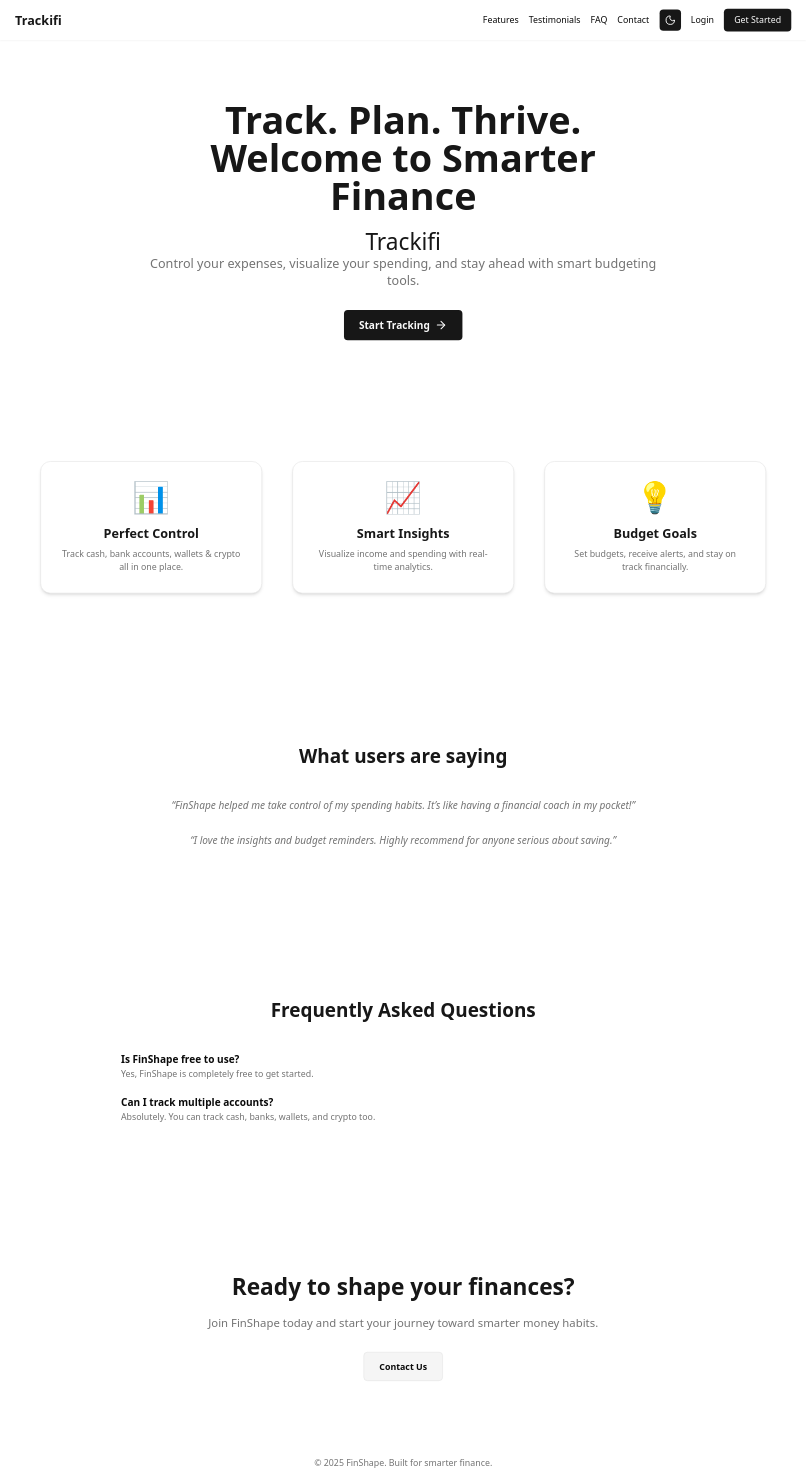
Repository: ruthvik-mt/Trackifi
Page: / (app in frontend/)
An editor plug-in stored every save of this project. The page is shown before and after the next save, followed by the edit.
The browser window is 1280 px wide. The pictures show the whole page, at 63% of full size.
The project was rebuilt for these pictures with package versions that can differ from the ones it lists, and the page was loaded fresh each time. Also part of the build but not shown: frontend/vite.config.ts, frontend/src/hooks/useAuth.ts, frontend/src/components/FormInput.tsx, frontend/src/pages/Auth/Login.tsx, frontend/src/pages/Auth/Register.tsx, frontend/src/components/Sidebar.tsx, frontend/src/components/ThemeToggleButton.tsx, frontend/src/components/Navbar.tsx and 22 more.

Above is the page before, as saved 2025-07-15 23:08:46.

### frontend/index.html
<!-- index.html -->
<!DOCTYPE html>
<html lang="en">
  <head>
    <meta charset="UTF-8" />
    <link rel="icon" href="/favicon.svg" />
    <meta name="viewport" content="width=device-width, initial-scale=1.0" />

    <!-- Critical script: apply theme before paint -->
    <script>
      const theme = localStorage.getItem("theme");
      if (
        theme === "dark" ||
        (!theme && window.matchMedia("(prefers-color-scheme: dark)").matches)
      ) {
        document.documentElement.classList.add("dark");
      } else {
        document.documentElement.classList.remove("dark");
      }
    </script>

    <title>FinShape</title>
  </head>
  <body>
    <div id="root"></div>
    <script type="module" src="/src/main.tsx"></script>
  </body>
</html>

### frontend/src/main.tsx
import React from "react";
import ReactDOM from "react-dom/client";
import App from "./App";
import "./tailwind.css";
import { AuthProvider } from "./context/AuthProvider";
import { ThemeProvider } from "./context/ThemeProvider"; // ✅ Add ThemeProvider
import { BrowserRouter as Router } from "react-router-dom";

ReactDOM.createRoot(document.getElementById("root")!).render(
  <React.StrictMode>
    <Router>
      {/* ✅ Wrap app with theme context */}
      <ThemeProvider>
        <AuthProvider>
          <App />
        </AuthProvider>
      </ThemeProvider>
    </Router>
  </React.StrictMode>
);

### frontend/src/App.tsx
import { Routes, Route, Navigate } from "react-router-dom";
import Login from "./pages/Auth/Login";
import Register from "./pages/Auth/Register";
import Dashboard from "./pages/Dashboard/Dashboard";
import CategoryList from "./pages/Categories/CategoryList";
import TransactionList from "./pages/Transactions/TransactionList";
import BudgetList from "./pages/Budgets/BudgetList";
import MonthlyTotal from "./pages/Insights/MonthlyTotal";
import CategoryBreakdown from "./pages/Insights/CategoryBreakdown";
import BudgetComparison from "./pages/Insights/BudgetComparison";
import ProtectedRoute from "./components/ProtectedRoute";
import LandingPage from "./pages/LandingPage"; // ✅ Add this import

export default function App() {
  return (
    <Routes>
      {/* Landing Page */}
      <Route path="/" element={<LandingPage />} /> {/* ✅ New route */}

      {/* Auth Routes */}
      <Route path="/login" element={<Login />} />
      <Route path="/register" element={<Register />} />

      {/* Protected Routes */}
      <Route
        path="/dashboard"
        element={
          <ProtectedRoute>
            <Dashboard />
          </ProtectedRoute>
        }
      />
      <Route
        path="/categories"
        element={
          <ProtectedRoute>
            <CategoryList />
          </ProtectedRoute>
        }
      />
      <Route
        path="/transactions"
        element={
          <ProtectedRoute>
            <TransactionList />
          </ProtectedRoute>
        }
      />
      <Route
        path="/budgets"
        element={
          <ProtectedRoute>
            <BudgetList />
          </ProtectedRoute>
        }
      />
      <Route
        path="/insights/monthly-total"
        element={
          <ProtectedRoute>
            <MonthlyTotal />
          </ProtectedRoute>
        }
      />
      <Route
        path="/insights/category-breakdown"
        element={
          <ProtectedRoute>
            <CategoryBreakdown />
          </ProtectedRoute>
        }
      />
      <Route
        path="/insights/budget-comparison"
        element={
          <ProtectedRoute>
            <BudgetComparison />
          </ProtectedRoute>
        }
      />

      {/* Fallback Route */}
      <Route path="*" element={<Navigate to="/" />} /> {/* ✅ Updated from "/login" to "/" */}
    </Routes>
  );
}

### frontend/src/tailwind.css
@tailwind base;
@tailwind components;
@tailwind utilities;

/* =========================
   Base Theme Variables
   ========================= */

@layer base {
  :root {
    --background: 0 0% 100%;
    --foreground: 0 0% 3.9%;

    --card: 0 0% 100%;
    --card-foreground: 0 0% 3.9%;

    --popover: 0 0% 100%;
    --popover-foreground: 0 0% 3.9%;

    --primary: 0 0% 9%;
    --primary-foreground: 0 0% 98%;

    --secondary: 0 0% 96.1%;
    --secondary-foreground: 0 0% 9%;

    --muted: 0 0% 96.1%;
    --muted-foreground: 0 0% 45.1%;

    --accent: 0 0% 96.1%;
    --accent-foreground: 0 0% 9%;

    --destructive: 0 84.2% 60.2%;
    --destructive-foreground: 0 0% 98%;

    --border: 0 0% 89.8%;
    --input: 0 0% 89.8%;
    --ring: 0 0% 3.9%;

    --chart-1: 12 76% 61%;
    --chart-2: 173 58% 39%;
    --chart-3: 197 37% 24%;
    --chart-4: 43 74% 66%;
    --chart-5: 27 87% 67%;

    --radius: 0.5rem;

    --tooltip-bg: #ffffff;
    --tooltip-color: #000000;
  }

  .dark {
    --background: 0 0% 3.9%;
    --foreground: 0 0% 98%;

    --card: 0 0% 3.9%;
    --card-foreground: 0 0% 98%;

    --popover: 0 0% 3.9%;
    --popover-foreground: 0 0% 98%;

    --primary: 0 0% 98%;
    --primary-foreground: 0 0% 9%;

    --secondary: 0 0% 14.9%;
    --secondary-foreground: 0 0% 98%;

    --muted: 0 0% 14.9%;
    --muted-foreground: 0 0% 63.9%;

    --accent: 0 0% 14.9%;
    --accent-foreground: 0 0% 98%;

    --destructive: 0 62.8% 30.6%;
    --destructive-foreground: 0 0% 98%;

    --border: 0 0% 14.9%;
    --input: 0 0% 14.9%;
    --ring: 0 0% 83.1%;

    --chart-1: 220 70% 50%;
    --chart-2: 160 60% 45%;
    --chart-3: 30 80% 55%;
    --chart-4: 280 65% 60%;
    --chart-5: 340 75% 55%;

    --tooltip-bg: #d9dde2; /* dark gray or slate */
    --tooltip-color: #0d0f11;
  }
}

/* =========================
   Global Element Styles
   ========================= */
@layer base {
  * {
    @apply border-border;
  }

  html,
  body {
    @apply bg-background text-foreground antialiased;
    min-height: 100%;
    scroll-behavior: smooth;
  }

  input,
  select,
  textarea {
    @apply bg-input text-foreground placeholder-muted-foreground
           border border-border rounded px-3 py-2
           focus:outline-none focus:ring-2 focus:ring-ring;
  }

  button {
    @apply transition-colors bg-primary text-primary-foreground px-4 py-2 rounded
           hover:bg-primary/90 focus:outline-none focus:ring-2 focus:ring-ring;
  }
}

### frontend/src/context/AuthProvider.tsx
// import { ReactNode, useCallback, useEffect, useState } from "react";
// import { AuthContext } from "./AuthContext";
// import { User } from "@/types/Auth";
// import { getCurrentUser } from "@/api/user";
// import { useNavigate } from "react-router-dom";

// interface Props {
//   children: ReactNode;
// }

// export const AuthProvider = ({ children }: Props) => {
//   const [token, setToken] = useState<string | null>(() =>
//     localStorage.getItem("token")
//   );
//   const [user, setUser] = useState<User | null>(null);
//   const navigate = useNavigate();

//   const logout = useCallback(() => {
//     localStorage.removeItem("token");
//     setToken(null);
//     setUser(null);
//     navigate("/login");
//   }, [navigate]);

//   const fetchUser = useCallback(async () => {
//     try {
//       const userData = await getCurrentUser();
//       setUser(userData);
//     } catch (err) {
//       console.error("Failed to fetch user:", err);
//       logout();
//     }
//   }, [logout]);

//   const login = useCallback(
//     (newToken: string) => {
//       localStorage.setItem("token", newToken);
//       setToken(newToken);
//       fetchUser();
//     },
//     [fetchUser]
//   );

//   useEffect(() => {
//     if (token) {
//       fetchUser();
//     }
//   }, [token, fetchUser]);

//   return (
//     <AuthContext.Provider value={{ token, user, login, logout }}>
//       {children}
//     </AuthContext.Provider>
//   );
// };

import { useState, useEffect } from "react";
import { AuthContext } from "./AuthContext";
import axios from "../axios";

export const AuthProvider = ({ children }: { children: React.ReactNode }) => {
  const [token, setToken] = useState<string | null>(() => localStorage.getItem("token"));

  // Set Authorization header on load (if token exists)
  useEffect(() => {
    if (token) {
      axios.defaults.headers.common["Authorization"] = `Bearer ${token}`;
    }
  }, [token]);

  const login = async (email: string, password: string) => {
    const res = await axios.post("/api/auth/login", { email, password });
    const jwt = res.data.token;

    setToken(jwt);
    localStorage.setItem("token", jwt);
    axios.defaults.headers.common["Authorization"] = `Bearer ${jwt}`; // ✅ set globally
  };

  const logout = () => {
    setToken(null);
    localStorage.removeItem("token");
    delete axios.defaults.headers.common["Authorization"]; // ✅ remove on logout
  };

  return (
    <AuthContext.Provider value={{ token, login, logout }}>
      {children}
    </AuthContext.Provider>
  );
};

### frontend/src/context/ThemeProvider.tsx
import { useEffect, useState, ReactNode } from "react";
import { ThemeContext, Theme } from "./ThemeContext";

export const ThemeProvider = ({ children }: { children: ReactNode }) => {
  const getInitialTheme = (): Theme => {
    if (typeof window === "undefined") return "light";
    const stored = localStorage.getItem("theme");
    if (stored === "light" || stored === "dark") return stored;
    return window.matchMedia("(prefers-color-scheme: dark)").matches ? "dark" : "light";
  };

  const [theme, setTheme] = useState<Theme>(getInitialTheme);

  useEffect(() => {
    const root = document.documentElement;
    if (theme === "dark") {
      root.classList.add("dark");
    } else {
      root.classList.remove("dark");
    }
    localStorage.setItem("theme", theme);
  }, [theme]);

  const toggleTheme = () => setTheme(prev => (prev === "dark" ? "light" : "dark"));

  return (
    <ThemeContext.Provider value={{ theme, toggleTheme }}>
      {children}
    </ThemeContext.Provider>
  );
};

### frontend/src/pages/LandingPage.tsx
import { Link } from "react-router-dom";
import { motion } from "framer-motion";
import { ArrowRight, Moon, Sun } from "lucide-react";
import { useTheme } from "../hooks/useTheme";
import { useState, useEffect } from "react";
import { Spinner } from "@/components/Spinner";

export default function LandingPage() {
  const { theme, toggleTheme } = useTheme();
  const [buttonLoading, setButtonLoading] = useState(true);

  useEffect(() => {
    const timer = setTimeout(() => setButtonLoading(false), 1000);
    return () => clearTimeout(timer);
  }, []);

  return (
    <div className="min-h-screen bg-background text-foreground">
      {/* ────────────── Header ────────────── */}
      <header className="sticky top-0 z-10 h-16 bg-card text-card-foreground shadow-sm flex items-center justify-between px-6">
        <a href="#hero" className="text-xl font-bold text-primary">Trackifi</a>

        <nav className="flex items-center gap-4">
          <a href="#features" className="text-sm font-medium hover:text-primary transition-colors">Features</a>
          <a href="#testimonials" className="text-sm font-medium hover:text-primary transition-colors">Testimonials</a>
          <a href="#faq" className="text-sm font-medium hover:text-primary transition-colors">FAQ</a>
          <a href="#cta" className="text-sm font-medium over:text-primary transition-colors">Contact</a>

          <button
            onClick={toggleTheme}
            className="px-2 py-2 rounded-md text-sm font-medium bg-primary text-primary-foreground hover:bg-primary/90 transition-colors flex items-center justify-center"
            aria-label={`Switch to ${theme === "dark" ? "light" : "dark"} mode`}
          >
            {theme === "dark" ? <Sun size={18} /> : <Moon size={18} />}
          </button>

          <Link
            to="/login"
            className="text-sm font-medium hover:text-primary transition-colors"
          >
            Login
          </Link>

          {buttonLoading ? (
            <Spinner size="default" />
          ) : (
            <Link to="/register">
              <button className="px-4 py-2 rounded-md text-sm font-medium bg-primary text-primary-foreground hover:bg-primary/90 transition-colors">
                Get Started
              </button>
            </Link>
          )}
        </nav>
      </header>

      {/* ────────────── Hero Section ────────────── */}
      <motion.section
        id="hero"
        className="text-center px-6 py-24 max-w-4xl mx-auto"
        initial={{ opacity: 0, y: 30 }}
        animate={{ opacity: 1, y: 0 }}
        transition={{ duration: 0.6 }}
      >
        <h1 className="text-5xl md:text-6xl font-extrabold leading-tight mb-6 text-primary">
  Track. Plan. Thrive. Welcome to Smarter Finance
</h1>

<h2 className="text-5xl md:text-4xl font-extraibold text-center text-primary">
  Trackifi
</h2>

        <p className="text-lg md:text-xl text-muted-foreground mb-8">
          Control your expenses, visualize your spending, and stay ahead with smart budgeting tools.
        </p>

        {buttonLoading ? (
          <div className="flex justify-center">
            <Spinner size="lg" />
          </div>
        ) : (
          <Link to="/register">
            <button
              aria-label="Start tracking your expenses"
              className="px-6 py-3 rounded-md font-semibold bg-primary text-primary-foreground hover:bg-primary/90 inline-flex items-center gap-2 transition-colors"
            >
              Start Tracking <ArrowRight size={20} />
            </button>
          </Link>
        )}
      </motion.section>

      {/* ────────────── Features Section ────────────── */}
      <motion.section
        id="features"
        className="py-24 px-6 bg-background"
        initial={{ opacity: 0 }}
        whileInView={{ opacity: 1 }}
        viewport={{ once: true, amount: 0.2 }}
        transition={{ duration: 0.8 }}
      >
        <div className="max-w-6xl mx-auto grid gap-12 md:grid-cols-3 text-center">
          {[
            {
              icon: "📊",
              title: "Perfect Control",
              desc: "Track cash, bank accounts, wallets & crypto all in one place.",
            },
            {
              icon: "📈",
              title: "Smart Insights",
              desc: "Visualize income and spending with real-time analytics.",
            },
            {
              icon: "💡",
              title: "Budget Goals",
              desc: "Set budgets, receive alerts, and stay on track financially.",
            },
          ].map(({ icon, title, desc }, index) => (
            <motion.div
              key={title}
              className="bg-white dark:bg-zinc-900 text-zinc-800 dark:text-white border border-border p-8 rounded-2xl shadow-md hover:shadow-xl transition-transform"
              initial={{ opacity: 0, y: 40, scale: 0.95 }}
              whileInView={{ opacity: 1, y: 0, scale: 1 }}
              viewport={{ once: true, amount: 0.3 }}
              whileHover={{ scale: 1.06 }}
              transition={{
                duration: 0.6,
                delay: index * 0.2,
                type: "spring",
                stiffness: 120,
              }}
            >
              <div className="text-5xl mb-5">{icon}</div>
              <h3 className="text-xl font-bold mb-2 text-primary">{title}</h3>
              <p className="text-sm text-muted-foreground">{desc}</p>
            </motion.div>
          ))}
        </div>
      </motion.section>

      {/* ────────────── Testimonials Section ────────────── */}
    <motion.section
  id="testimonials"
  className="py-24 px-6 bg-background text-center"
  initial={{ opacity: 0 }}
  whileInView={{ opacity: 1 }}
  viewport={{ once: true, amount: 0.2 }}
  transition={{ duration: 0.8 }}
>
  <div className="h-12 bg-gradient-to-b from-transparent to-background" />
  <h2 className="text-3xl font-bold mb-12 text-primary">What users are saying</h2>
  <div className="max-w-4xl mx-auto space-y-8">
    {[
      "FinShape helped me take control of my spending habits. It’s like having a financial coach in my pocket!",
      "I love the insights and budget reminders. Highly recommend for anyone serious about saving.",
    ].map((text, index) => (
      <motion.blockquote
        key={index}
        className="italic text-muted-foreground"
        initial={{ opacity: 0, y: 20 }}
        whileInView={{ opacity: 1, y: 0 }}
        transition={{ duration: 0.5, delay: index * 0.2 }}
        viewport={{ once: true, amount: 0.5 }}
      >
        {`“${text}”`}
      </motion.blockquote>
    ))}
  </div>
</motion.section>



      {/* ────────────── FAQ Section ────────────── */}
     <motion.section
  id="faq"
  className="py-24 px-6 bg-background"
  initial={{ opacity: 0 }}
  whileInView={{ opacity: 1 }}
  viewport={{ once: true, amount: 0.2 }}
  transition={{ duration: 0.8 }}
>
  <div className="h-12 bg-gradient-to-b from-transparent to-background" />
  <h2 className="text-3xl font-bold mb-12 text-center text-primary">Frequently Asked Questions</h2>
  <div className="max-w-4xl mx-auto space-y-6">
    {[
      {
        question: "Is FinShape free to use?",
        answer: "Yes, FinShape is completely free to get started.",
      },
      {
        question: "Can I track multiple accounts?",
        answer: "Absolutely. You can track cash, banks, wallets, and crypto too.",
      },
    ].map(({ question, answer }, index) => (
      <motion.div
        key={index}
        initial={{ opacity: 0, y: 20 }}
        whileInView={{ opacity: 1, y: 0 }}
        transition={{ duration: 0.5, delay: index * 0.2 }}
        viewport={{ once: true, amount: 0.5 }}
      >
        <h4 className="font-semibold">{question}</h4>
        <p className="text-sm text-muted-foreground">{answer}</p>
      </motion.div>
    ))}
  </div>
</motion.section>



      {/* ────────────── Call to Action ────────────── */}
      <motion.section
  id="cta"
  className="py-24 px-6 bg-background text-center"
  initial={{ opacity: 0 }}
  whileInView={{ opacity: 1 }}
  viewport={{ once: true, amount: 0.2 }}
  transition={{ duration: 0.8 }}
>
  <div className="h-12 bg-gradient-to-b from-transparent to-background" />
  <motion.div
    className="max-w-2xl mx-auto"
    initial={{ opacity: 0, y: 30 }}
    whileInView={{ opacity: 1, y: 0 }}
    transition={{ duration: 0.6 }}
    viewport={{ once: true }}
  >
    <h2 className="text-4xl font-bold mb-6 text-primary">Ready to shape your finances?</h2>
    <p className="mb-8 text-lg text-muted-foreground">
      Join FinShape today and start your journey toward smarter money habits.
    </p>
    <div className="flex flex-col sm:flex-row gap-4 justify-center">
      <Link to="/contact">
        <button className="px-6 py-3 text-sm font-semibold bg-muted text-foreground border border-border rounded-md hover:bg-muted/80 transition-colors">
          Contact Us
        </button>
      </Link>
    </div>
  </motion.div>
</motion.section>



      {/* ────────────── Footer ────────────── */}
      <footer className="text-center py-6 text-sm text-muted-foreground bg-background">
        © {new Date().getFullYear()} FinShape. Built for smarter finance.
      </footer>
    </div>
  );
}

### frontend/src/context/AuthContext.tsx
// import { createContext } from "react";
// import { User } from "@/types/Auth";

// export interface AuthContextType {
//   token: string | null;
//   user: User | null;
//   login: (token: string) => void;
//   logout: () => void;
// }

// export const AuthContext = createContext<AuthContextType>({
//   token: null,
//   user: null,
//   login: () => {},
//   logout: () => {},
// });

// src/context/AuthContext.ts
import { createContext } from "react";

export interface AuthContextType {
  token: string | null;
  login: (email: string, password: string) => Promise<void>;
  logout: () => void;
}

export const AuthContext = createContext<AuthContextType>(
  {} as AuthContextType // ✅ Safe for use without null-checks
);

### frontend/src/axios.ts
// // src/axios.ts
// import axios from "axios";

// const axiosInstance = axios.create({
//   baseURL: "http://localhost:8080/api",
// });

// axiosInstance.interceptors.request.use((config) => {
//   const token = localStorage.getItem("token");
//   if (token && config.headers) {
//     config.headers.Authorization = `Bearer ${token}`;
//   }
//   return config;
// });

// export default axiosInstance;

// src/axios.ts
// src/axios.ts
import axios from "axios";

const instance = axios.create({
  baseURL: "", // <-- frontend sends /api/... and Vite handles the proxy
  headers: {
    "Content-Type": "application/json",
  },
});

instance.interceptors.request.use((config) => {
  const token = localStorage.getItem("token");
  if (token) {
    config.headers = config.headers || {};
    config.headers["Authorization"] = `Bearer ${token}`;
  }
  return config;
});

export default instance;

### frontend/src/context/ThemeContext.tsx
import { createContext } from "react";

export type Theme = "light" | "dark";

export interface ThemeContextType {
  theme: Theme;
  toggleTheme: () => void;
}

export const ThemeContext = createContext<ThemeContextType | undefined>(undefined);

### frontend/src/hooks/useTheme.ts
// src/hooks/useTheme.ts
import { useContext } from "react";
import { ThemeContext } from "../context/ThemeContext";

export function useTheme() {
  const context = useContext(ThemeContext);
  if (!context) {
    throw new Error("useTheme must be used within a ThemeProvider");
  }
  return context;
}

### frontend/src/components/Spinner.tsx
// src/components/Spinner.tsx
import { cn } from "@/lib/utils";
import { cva, VariantProps } from "class-variance-authority";
import { Loader } from "lucide-react";

const spinnerVariants = cva("text-muted-foreground animate-spin", {
  variants: {
    size: {
      default: "h-4 w-4",
      sm: "h-2 w-2",
      lg: "h-6 w-6",
      icon: "h-10 w-10",
    },
  },
  defaultVariants: {
    size: "default",
  },
});

interface SpinnerProps extends VariantProps<typeof spinnerVariants> {
  className?: string;
}

export const Spinner = ({ size }: SpinnerProps) => {
  return <Loader className={cn(spinnerVariants({ size }))} />;
};

Loaded but not shown: frontend/src/lib/utils.ts (common file); frontend/tailwind.config.js (86 lines, source omitted)

After the next save:
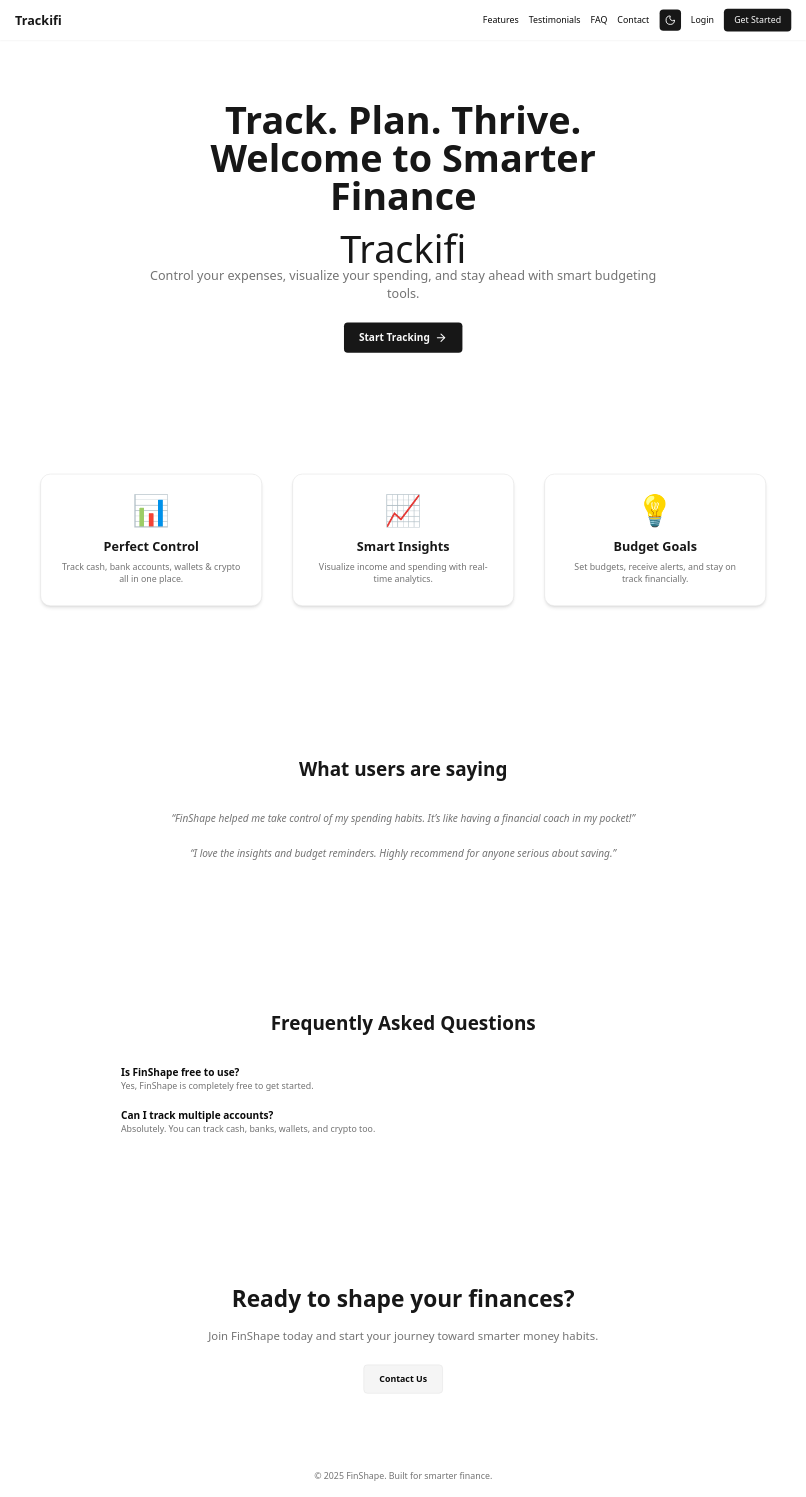
Saved 15 s later.
--- a/frontend/src/pages/LandingPage.tsx
+++ b/frontend/src/pages/LandingPage.tsx
@@ -65,7 +65,7 @@ export default function LandingPage() {
   Track. Plan. Thrive. Welcome to Smarter Finance
 </h1>
 
-<h2 className="text-5xl md:text-4xl font-extraibold text-center text-primary">
+<h2 className="text-5xl md:text-6xl font-extraibold text-center text-primary">
   Trackifi
 </h2>
 
